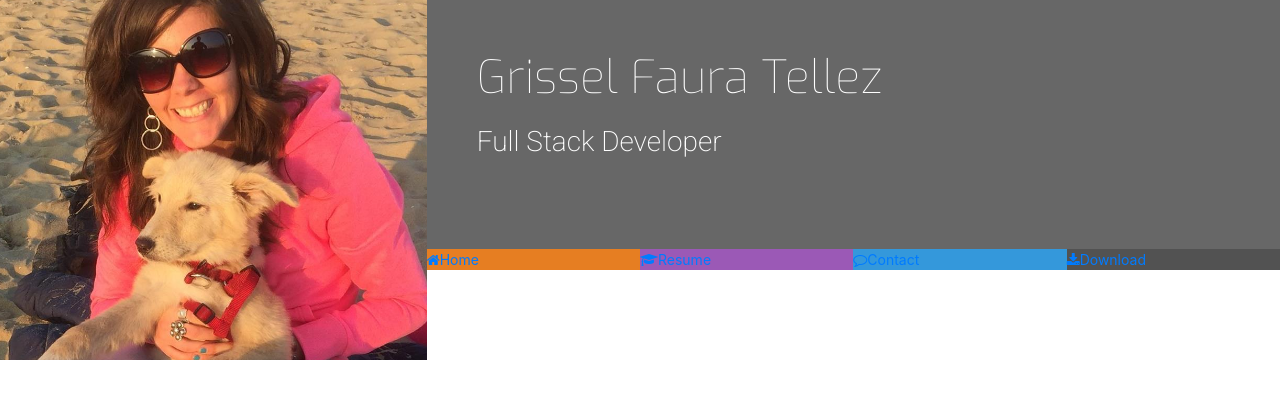
Repository: grisselfaura/Resume-Project-Introduction
Page: index.html
The author's editor kept a record of every edit. The page is drawn from the files as they stood at one moment, then again after the next edit.
The browser window is 1280 px wide. The pictures show the whole page.

Above is the page before.

### index.html
<!DOCTYPE html>
<html lang="en">
<head>
    <meta charset="UTF-8">
    <meta name="viewport" content="width=device-width, initial-scale=1.0">
    <meta http-equiv="X-UA-Compatible" content="ie=edge">
    <link rel="stylesheet" href="https://stackpath.bootstrapcdn.com/bootstrap/4.3.1/css/bootstrap.min.css" type="text/css" />
    <link rel="stylesheet" href="https://stackpath.bootstrapcdn.com/font-awesome/4.7.0/css/font-awesome.min.css" type="text/css" />
    <link rel="stylesheet" href="assets/CSS/style.css" type="text/css" />
    <title>Grissel</title>
</head>
<body>
    <header>
       <div class="row no-gutters">
           <a class="col-md-4 logo" href="index.html"></a>
           <div class="col-md-8">
               <div class="row no-gutters bg-color-name-title">
                   <div class="col heading">
                       <h1 class="name">Grissel Faura Tellez</h1>
                       <h2 class="title">Full Stack Developer</h2>
                    </div>
               </div>
               <div class="row no-gutters">
                   <div class="col">
                       <ul id="nav" class="list-inline menucontainer">
                           <li class="col-6 col-sm-3 ui-menu-color-home list-inline-item">
                               <a href="#"><i class="fa fa-home" aria-hidden="true"></i><span>Home</span></a>
                           </li>
                           <li class="col-6 col-sm-3 ui-menu-color-resume list-inline-item">
                               <a href="#"><i class="fa fa-graduation-cap" aria-hidden="true"></i><span>Resume</span></a>
                           </li>
                           <li class="col-6 col-sm-3 ui-menu-color-contact list-inline-item">
                               <a href="#"><i class="fa fa-comment-o" aria-hidden="true"></i><span>Contact</span></a>
                           </li>
                           <li class="col-6 col-sm-3 ui-menu-color-download list-inline-item">
                               <a href="#"><i class="fa fa-download" aria-hidden="true"></i><span>Download</span></a>
                           </li>
                       </ul>
                   </div>
               </div>
           </div>
       </div>
    </header>
    <section>

    </section>
    <footer>

    </footer>
</body>
</html>

### assets/CSS/style.css
@import url('https://fonts.googleapis.com/css?family=Roboto:100,200,300,400,500,600,700|Exo:100,200,300,400,500,600,700');

/*---------------------------------Colours*/

.bg-color-name-title {
    background-color: #676767;
}

.ui-menu-color-home {
     background-color: #e67e22;
}

.ui-menu-color-resume {
     background-color: #9b59b6;
}

.ui-menu-color-contact {
     background-color: #3498db;
}

.ui-menu-color-download {
     background-color: #525252;
}

/*---------------------------------Heading*/
header {
    margin: 0;
}

.heading {
    margin-left: 50px;
}

.logo {
    background: url("../images/gri.jpg");
    background-position: center;
    background-repeat: no-repeat;
    background-size: cover;
    min-height: 360px;
    transition: all .5s ease-in-out;
    -moz-transition: all .5s ease-in-out;
    -webkit-transition: all .5s ease-in-out;
}

.name {
    font-family: "Exo", sans-serif;
    font-weight: 100;
    font-size: 46px;
    margin-top: 50px;
    color: #ffffff;
}

.title {
    font-family: "Roboto", sans-serif;
    font-weight: 200;
    font-size: 28px;
    margin-top: 20px;
    margin-bottom: 90px;
    color: #ffffff;
}
.list-inline-item:not(:last-child) {
    margin-right: 0;
}
.menucontainer {
    font-size: 0;
}

#nav {
    margin: 0
}

#nav li {
    font-size: 14px;
    padding: 0;
}

.menuitem {
    height: 120px;
    text-align: center;
    padding: 0;
}

.menuitem a {
    width: 100%;
    text-decoration: none;
    color: #fff;
    height: 120px;
}

.menuitem a i {
    padding-top: 22px;
    display: block;
    color: #fafafa;
    font-size: 26px;
}

.menuitem span {
    display: block;
    width: 100%;
    padding-top: 5px;
    text-align: center;
    text-transform: uppercase;
    font-size: 14px;
    font-weight: 300;
    letter-spacing: 2px;
}

/*---------------------------------Hover.css*/
.hvr-sweep-to-bottom:before {
    background: rgba(0,0,0,0.2);
    height: 120px;
}

After the next edit:
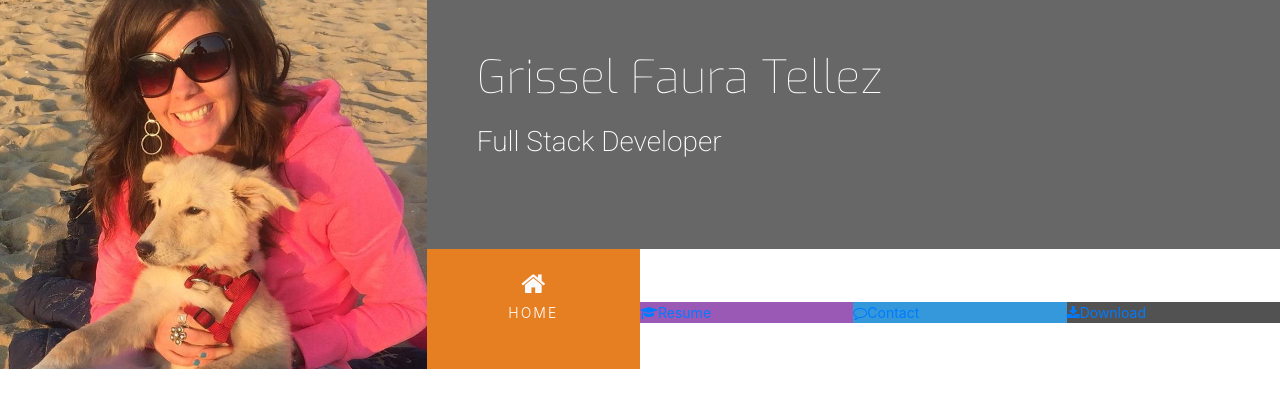
The edit:
--- a/index.html
+++ b/index.html
@@ -23,7 +23,7 @@
                <div class="row no-gutters">
                    <div class="col">
                        <ul id="nav" class="list-inline menucontainer">
-                           <li class="col-6 col-sm-3 ui-menu-color-home list-inline-item">
+                           <li class="col-6 col-sm-3 ui-menu-color-home list-inline-item menuitem">
                                <a href="#"><i class="fa fa-home" aria-hidden="true"></i><span>Home</span></a>
                            </li>
                            <li class="col-6 col-sm-3 ui-menu-color-resume list-inline-item">
